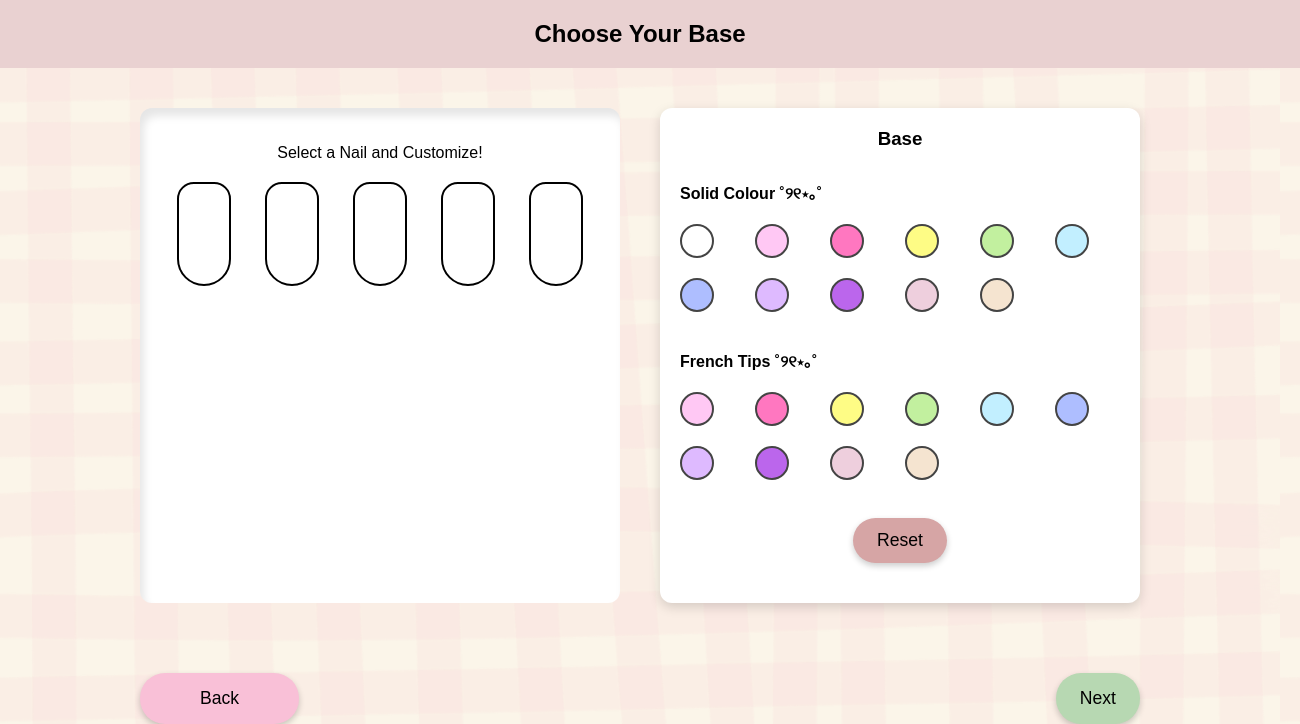
Repository: amolwalia/Fluidity-Lab
Page: base-paint.html
An editor plug-in stored every save of this project. The page is shown before and after the next save, followed by the edit.
The browser window is 1280 px wide. The page is 1300 px wide, so the pictures cover 1300 px, including what lies to the right of the window. The pictures show the whole page.

Above is the page before, as saved 2025-05-11 19:18:40.

After the next save:
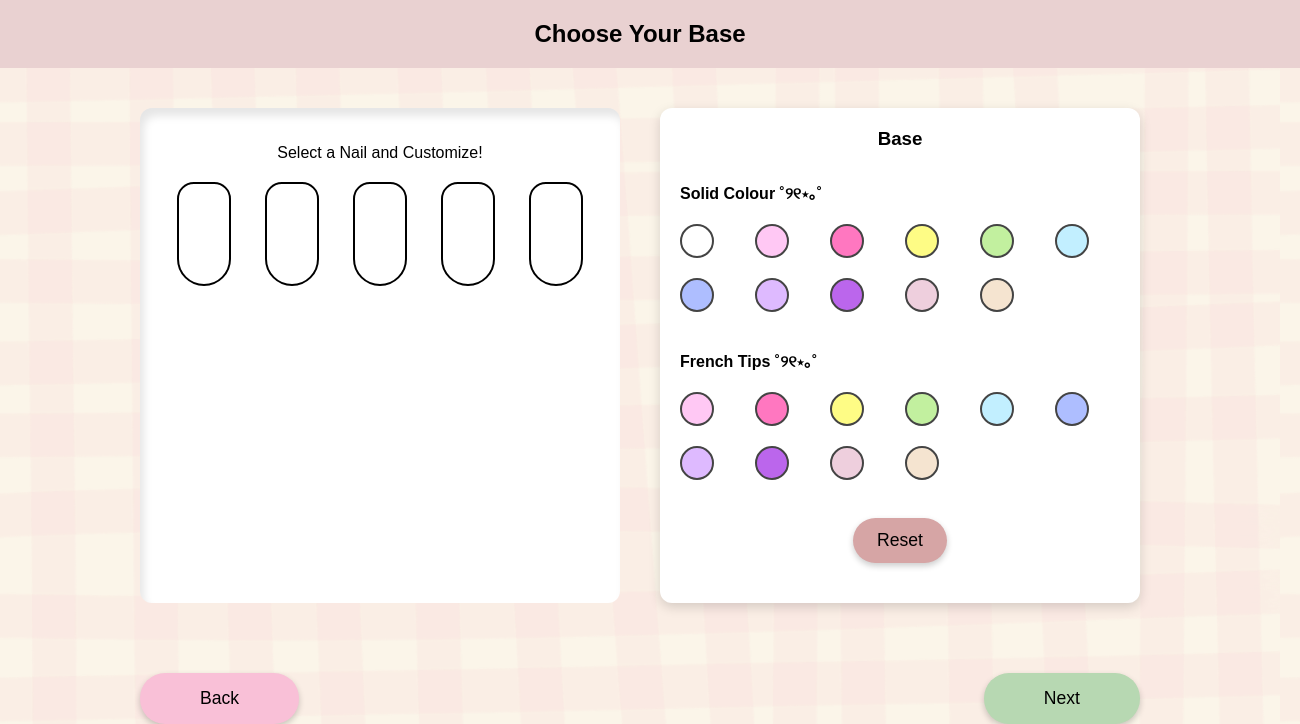
Saved 6 s later.
--- a/styles/basepaints.css
+++ b/styles/basepaints.css
@@ -138,6 +138,7 @@ strong.custom {
 }
 .btn-green {
   background-color: #b7d8b2;
+  padding: 15px 60px;
 }
 .btn-brown {
   background-color: #d6a5a5;
